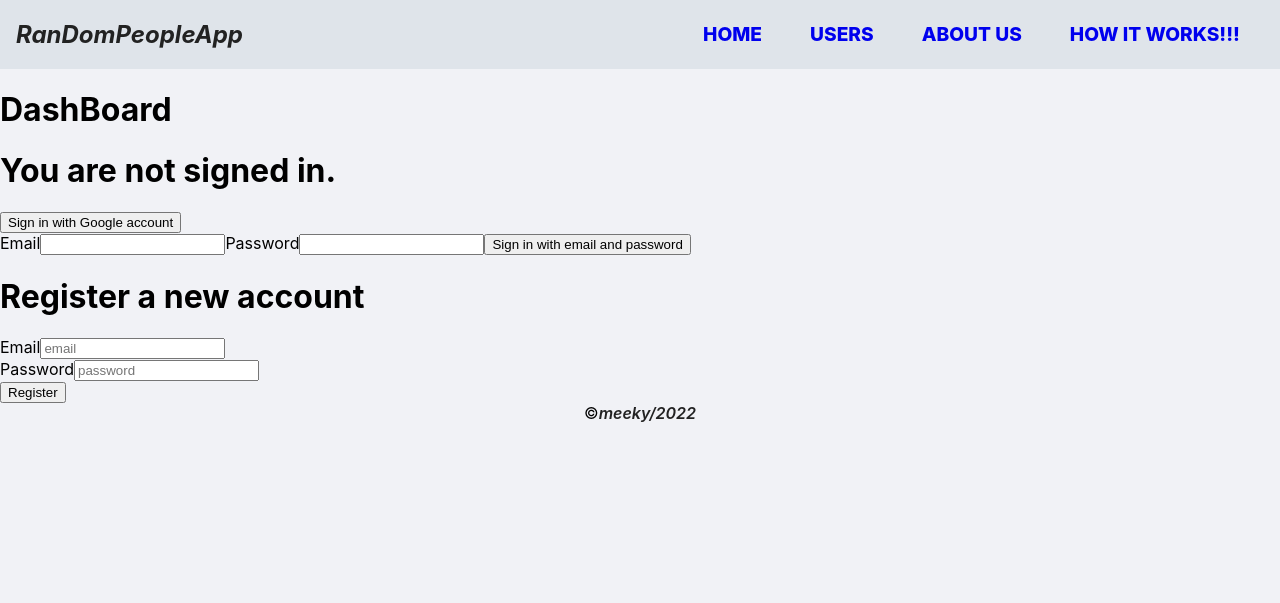
Repository: MikkyPrestige/RandomProfiles
Page: /profile
These files come from the project's save history. The page is drawn as it stood at one moment and after the next save; the edit follows.
The browser window is 1280 px wide. The pictures show the whole page.
The project was rebuilt for these pictures with package versions that can differ from the ones it lists, and the page was loaded fresh each time. Also part of the build but not shown: src/assets/styles/home.css, src/components/home.jsx, src/assets/styles/users.css, src/components/users.jsx, src/assets/styles/search.css, src/components/search.jsx, src/assets/styles/help.css, src/components/help.jsx and 5 more.

Above is the page before, as saved 2022-11-29 23:50:42.

After the next save:
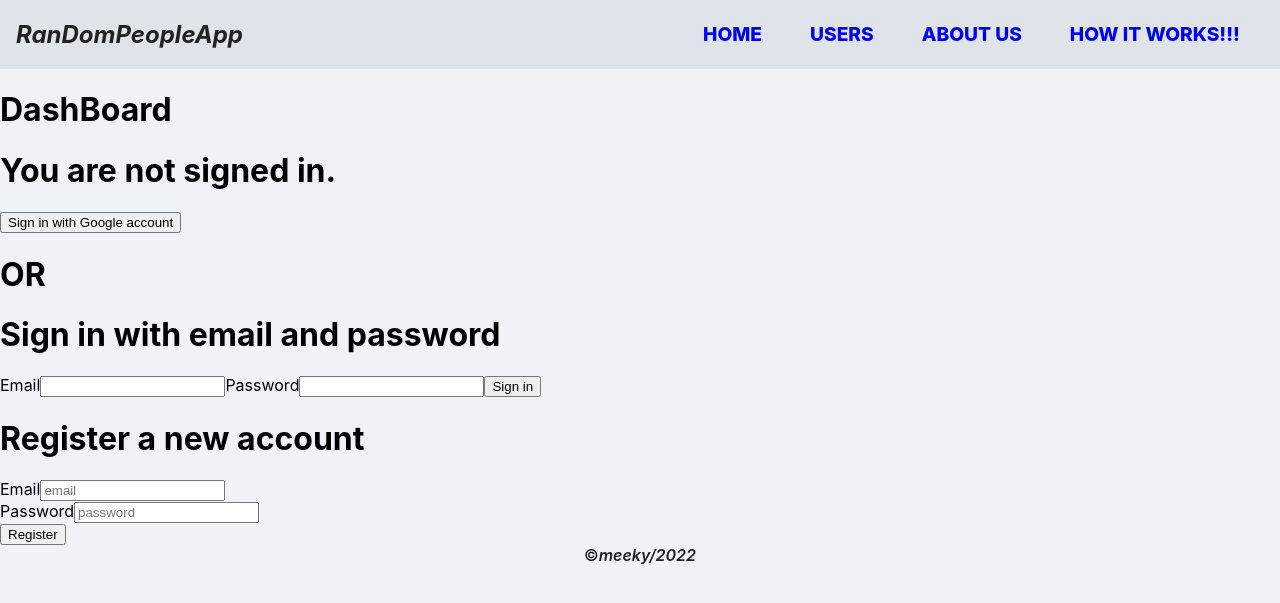
Saved 91 s later.
--- a/src/components/profile.jsx
+++ b/src/components/profile.jsx
@@ -135,6 +135,8 @@ const Profile = () => {
               <button onClick={signIn} className="sign__btn">
                 Sign in with Google account
               </button>
+              <h1 className="or">OR</h1>
+              <h1 className="or">Sign in with email and password</h1>
               <form onSubmit={handleSignIn}>
                 <label htmlFor="email">Email</label>
                 <input
@@ -153,7 +155,7 @@ const Profile = () => {
                   onChange={handleChange}
                 />
                 <button type="submit" className="sign__btn">
-                  Sign in with email and password
+                  Sign in
                 </button>
               </form>
               </div>
